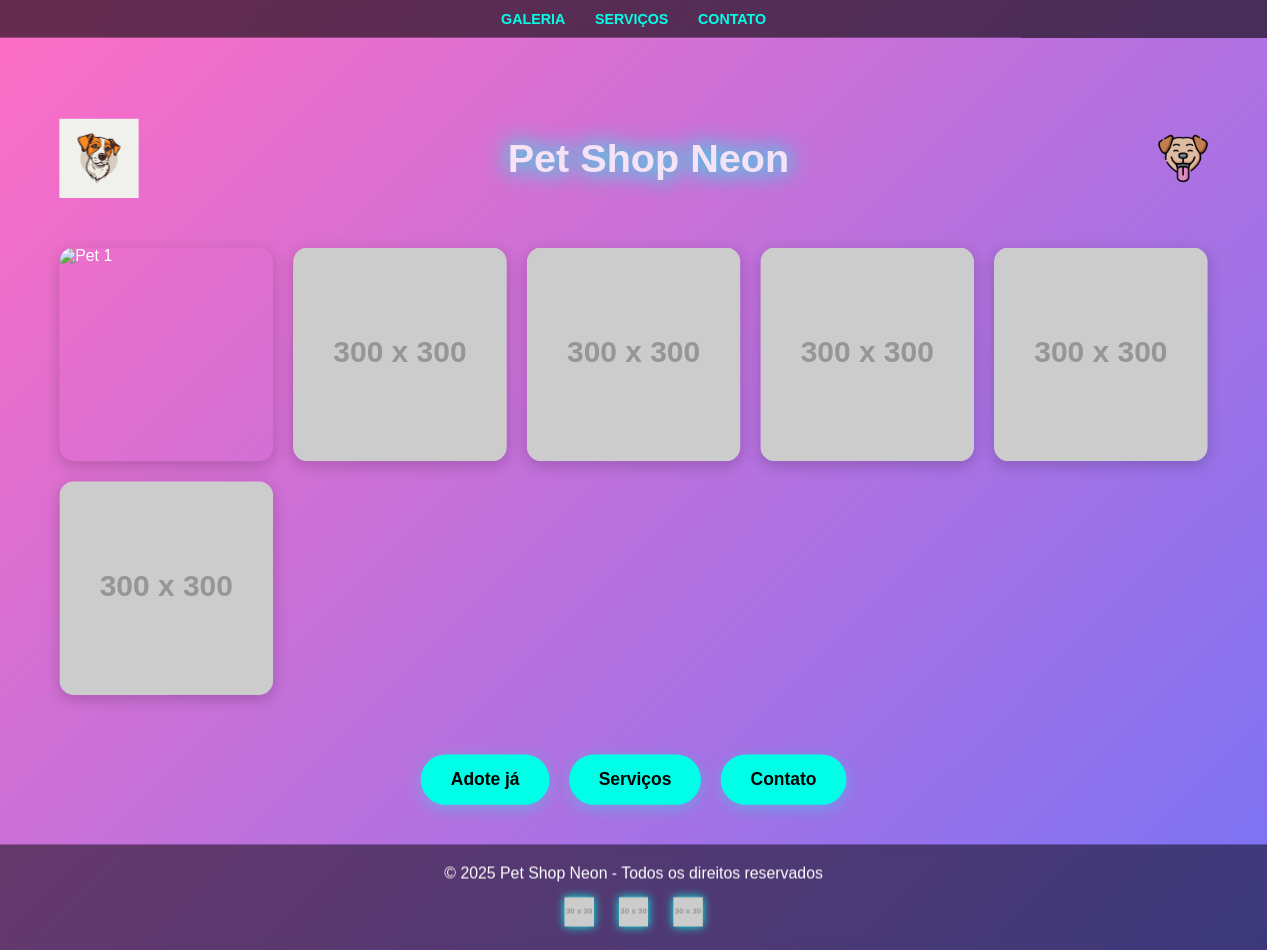
Repository: Sandro1969-tech/Desafio-petshop
Page: index.html
The author's editor kept a copy of each file at every save. The page is drawn from the files as they stood at one save, then again after a run of saves.
The browser window is 1280 px wide. The pictures show the whole page, at 99% of full size.

Above is the page before, as saved 2025-12-09 18:35:56.

After the next 2 saves:
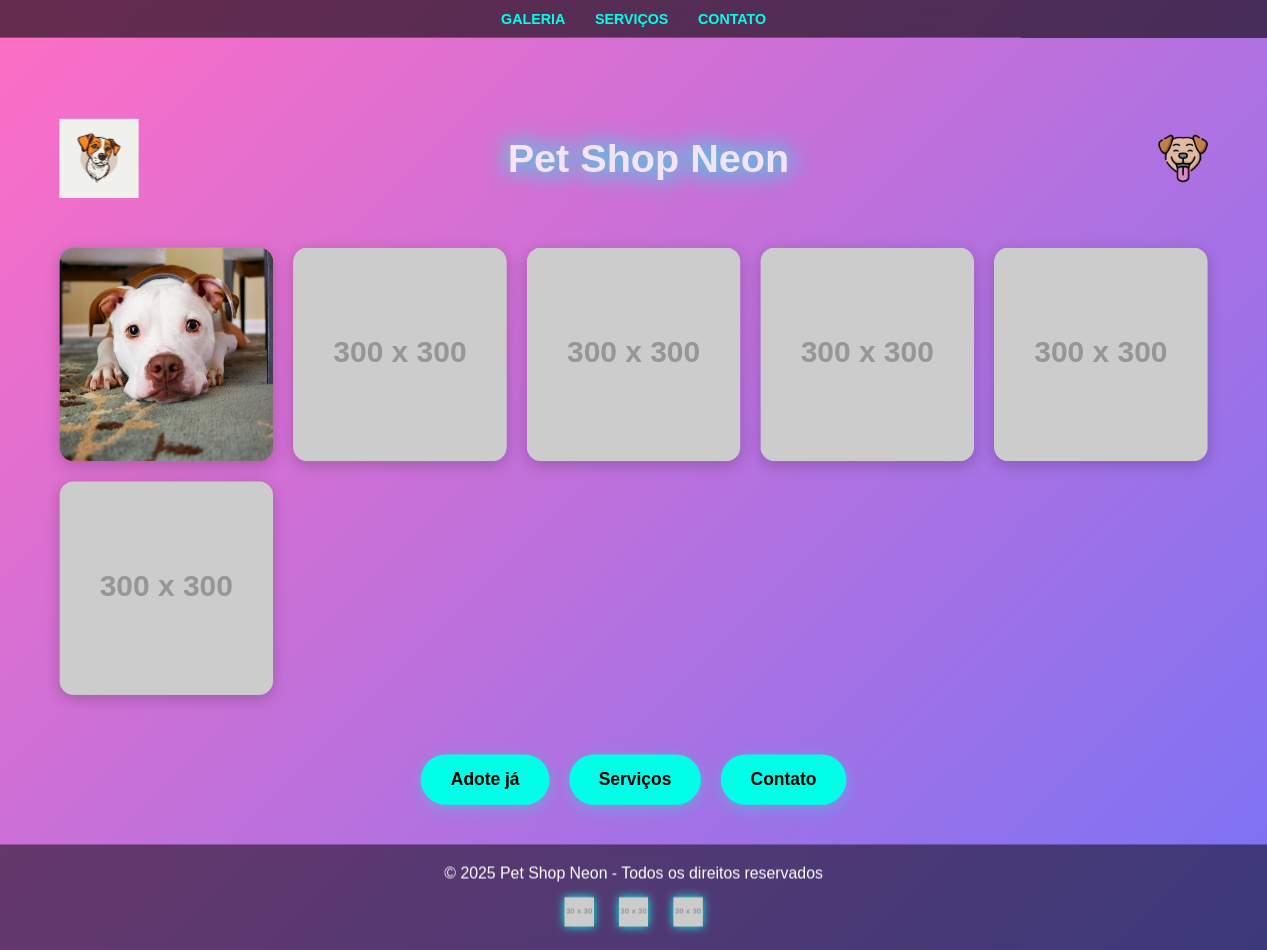
The 2 saves are shown as one change because they came seconds apart.
The last was saved 8 s later.
--- a/index.html
+++ b/index.html
@@ -25,7 +25,7 @@
 
   <main>
     <section id="gallery" class="gallery">
-      <img src="" alt="Pet 1">
+      <img src="assets/image/cao1.jpg" alt="Pet 1">
       <img src="https://via.placeholder.com/300" alt="Pet 2">
       <img src="https://via.placeholder.com/300" alt="Pet 3">
       <img src="https://via.placeholder.com/300" alt="Pet 4">
